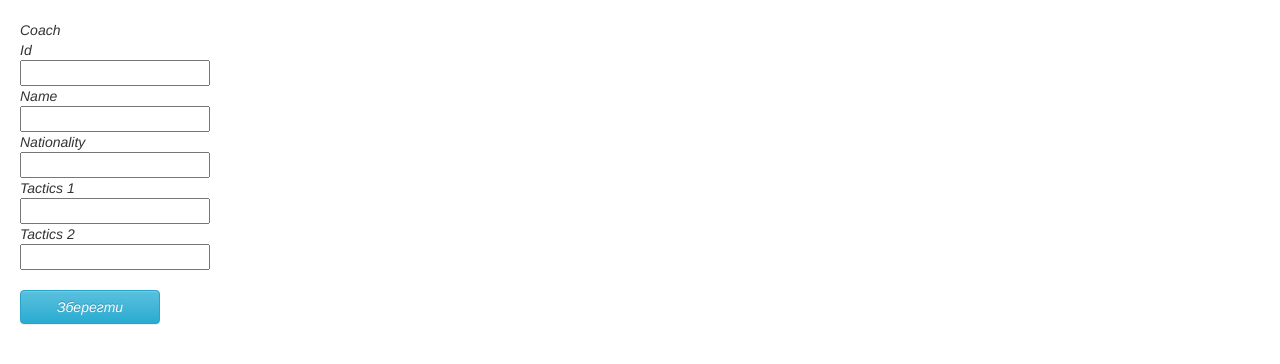
Repository: polik1996/StatisticManager
Page: StatisticsManager/WebContent/editCoach.html
An editor plug-in stored every save of this project. The page is shown before and after the next save, followed by the edit.
The browser window is 1280 px wide. The pictures show the whole page.

Above is the page before, as saved 2016-06-14 19:42:12.
Console error (its wording comes from the project's code and is left out).

After the next save:
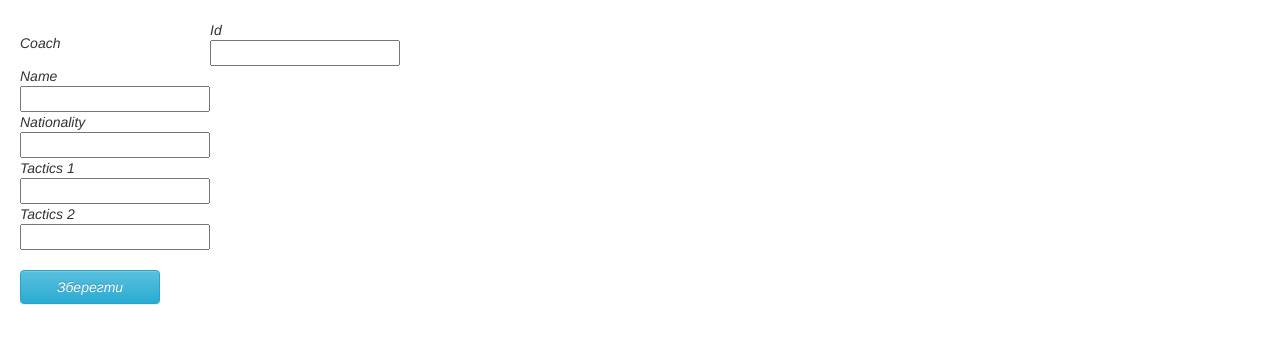
Saved 9 h 33 min later.
--- a/StatisticsManager/WebContent/editCoach.html
+++ b/StatisticsManager/WebContent/editCoach.html
@@ -27,8 +27,6 @@
 		<td>
 			Coach
 		</td>
-		</tr>
-		<tr>
 		<td>
 			Id <input type="text" name="id">
 		</td>
